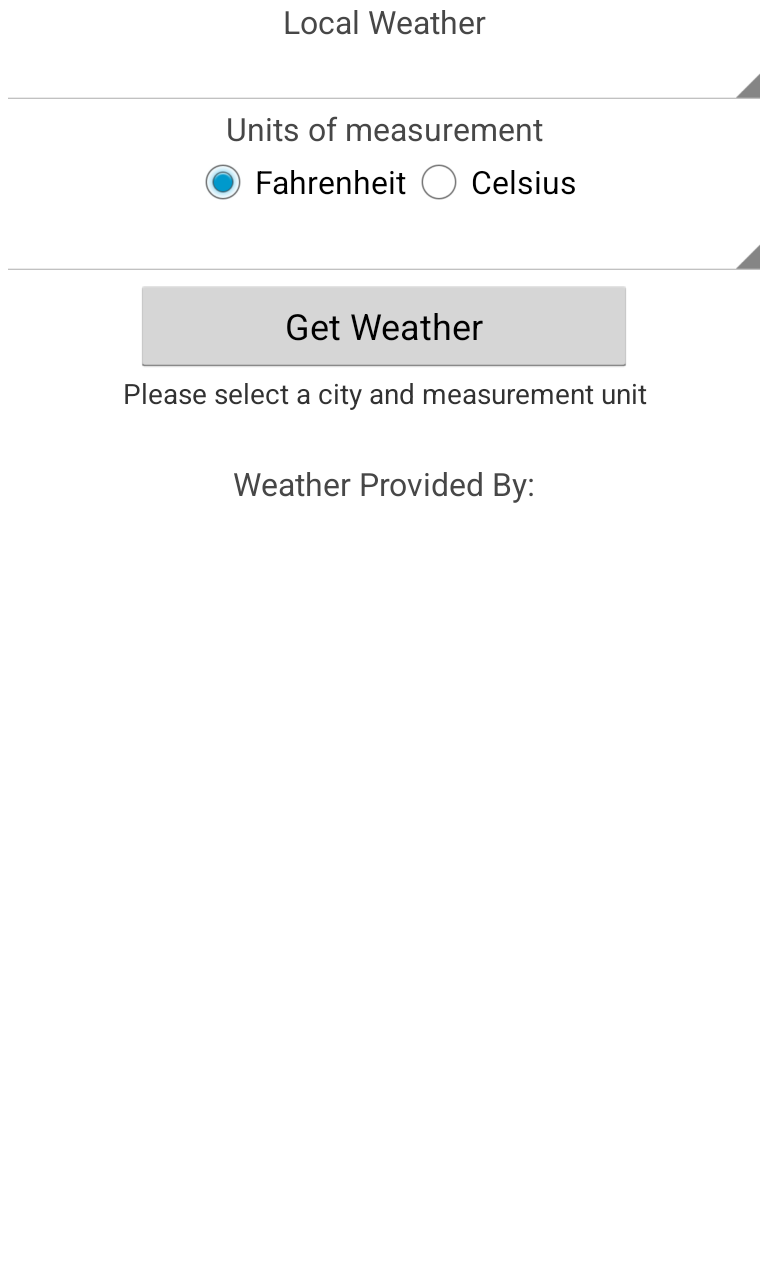
Repository: efreestone/Java1
Layout: Java1Project4/res/layout/activity_main.xml
The author's editor kept a copy of each file at every save. The layout is drawn from the files as they stood at one save, then again after the next save.
It is drawn on a 768 x 1280 px phone screen (xhdpi) without system bars, with theme AppTheme; the app's code is not run.

Above is the layout before, as saved 2014-03-26 01:56:38.

After the next save:
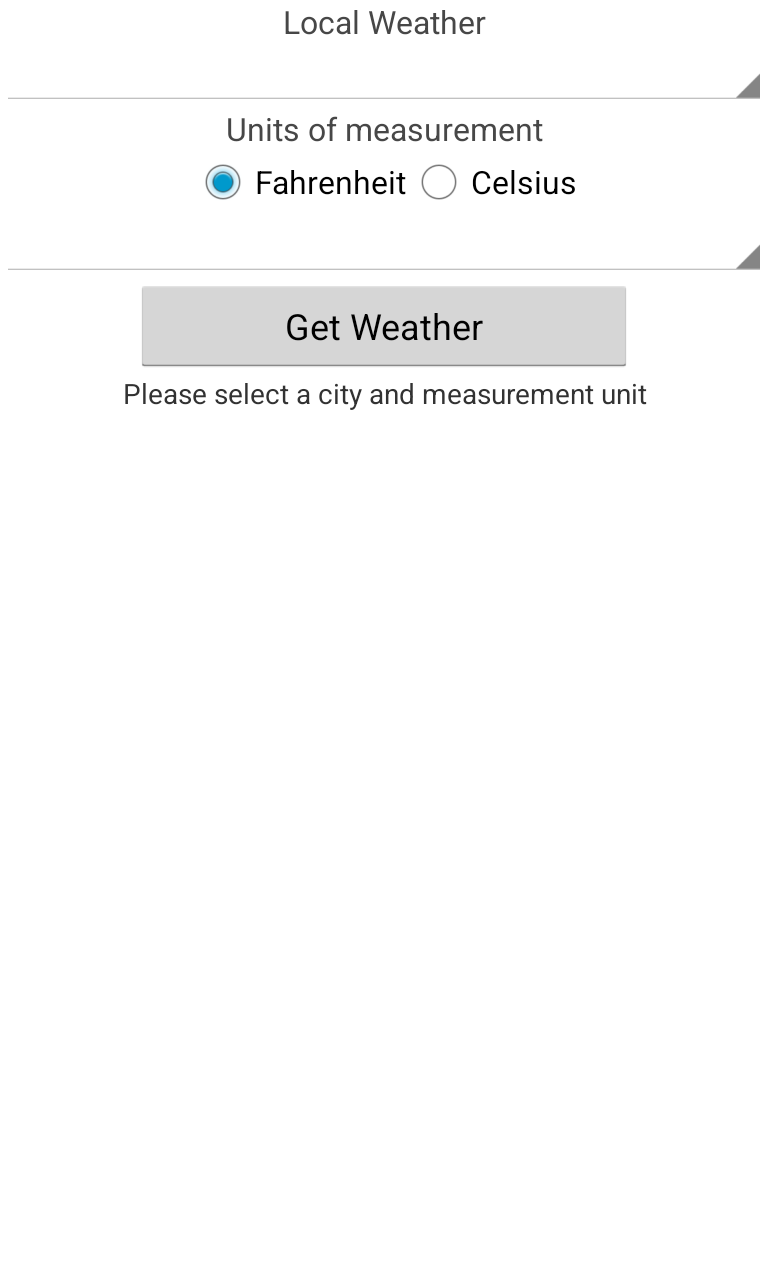
Saved 2 min 2 s later.
--- a/Java1Project4/res/layout/activity_main.xml
+++ b/Java1Project4/res/layout/activity_main.xml
@@ -90,7 +90,7 @@
 
 	</GridLayout>
 
-	<TextView
+	<!-- <TextView
 	    android:layout_width="wrap_content"
 	    android:layout_height="wrap_content"
 	    android:layout_gravity="center"
@@ -103,6 +103,6 @@
 	    android:layout_width="wrap_content"
 	    android:layout_height="wrap_content"
 	    android:contentDescription="@string/weatherIconAccString"
-	    android:layout_gravity="center"/>
+	    android:layout_gravity="center"/> -->
 
 </LinearLayout>
